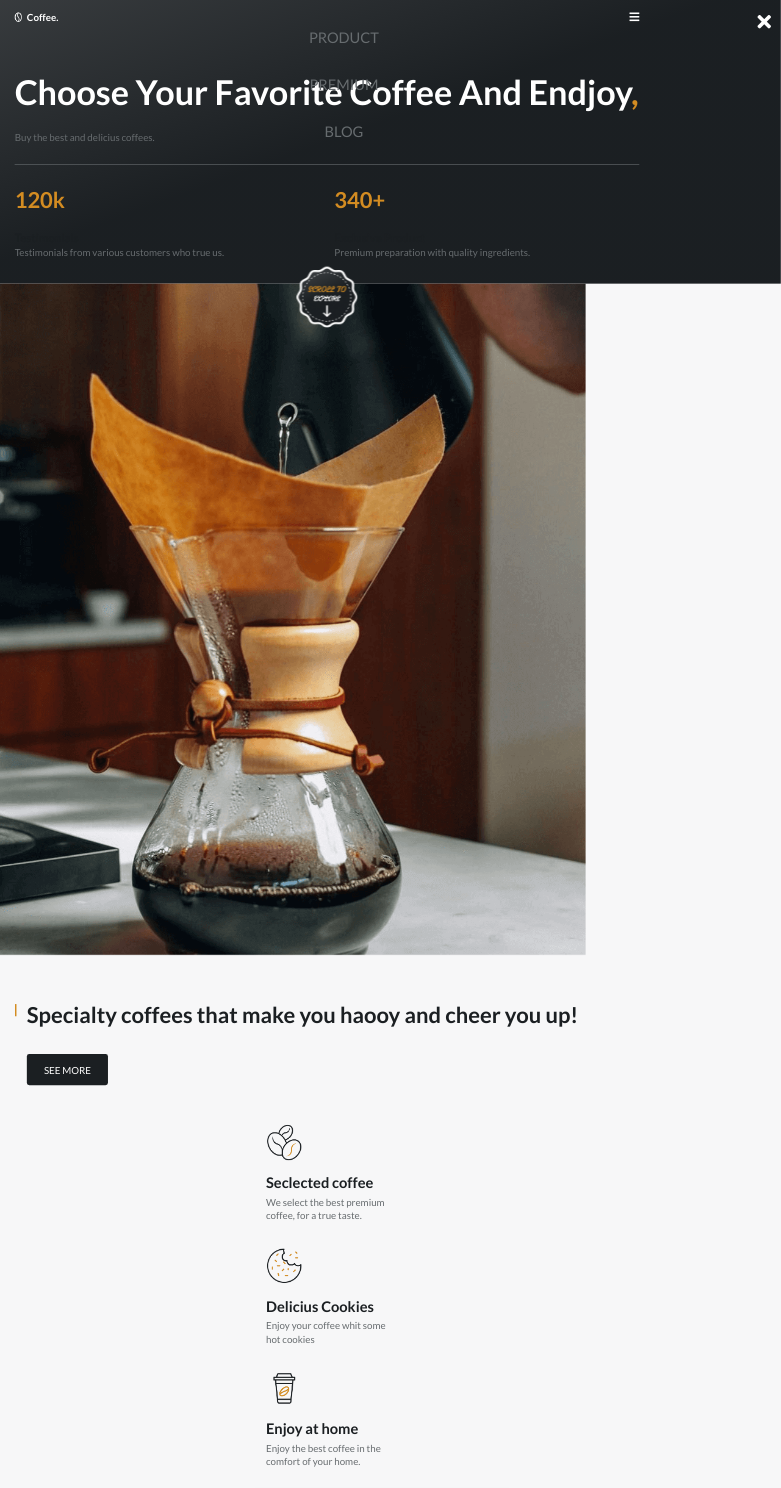
Repository: Nguyenductuan-dev/Website-coffee
Page: index.html
An editor plug-in stored every save of this project. The page is shown before and after the next save, followed by the edit.
The browser window is 1280 px wide. The pictures show the whole page, at 61% of full size.

Above is the page before, as saved 2022-04-06 14:50:22.

### index.html
<!DOCTYPE html>
<html lang="en">
<head>
    <meta charset="UTF-8">
    <meta http-equiv="X-UA-Compatible" content="IE=edge">
    <meta name="viewport" content="width=device-width, initial-scale=1.0">
    <link rel="shortcut icon" href="assets/imgs/favicon.png" type="image/x-icon">
    <link rel="stylesheet" href="https://cdnjs.cloudflare.com/ajax/libs/font-awesome/5.15.1/css/all.min.css" />
    <link rel="preconnect" href="https://fonts.googleapis.com">
    <link rel="preconnect" href="https://fonts.gstatic.com" crossorigin>
    <link href="https://fonts.googleapis.com/css2?family=Lato:wght@400;700&family=Montserrat:ital,wght@0,200;0,300;0,400;0,500;0,600;0,700;1,600&display=swap" rel="stylesheet">
    <link rel="stylesheet" href="assets/css/style.css">
    <title>Website coffee</title>
</head>
<body>
    <!-- ============================ HEADER =========================== -->
    <header class="header" id="header">
        <nav class="nav container">
            <a href="/" class="nav__logo">
                <img src="assets/imgs/logo.png" alt="" class="nav__logo-img">
                Coffee.
            </a>

            <div class="nav__menu" id="nav-menu">
                <ul class="nav__list">
                    <li class="nav__item">
                        <a href="#home" class="nav__link">Home</a>
                    </li>
                    <li class="nav__item">
                        <a href="#product" class="nav__link">Product</a>
                    </li>
                    <li class="nav__item">
                        <a href="#premium" class="nav__link">Premium</a>
                    </li>
                    <li class="nav__item">
                        <a href="#blog" class="nav__link">Blog</a>
                    </li>
                </ul>

                <div class="nav__close" id="nav-close">
                    <i class="fas fa-times"></i>
                </div>
            </div>

            <!-- Toggle button -->
            <div class="nav__toggle" id="nav-toggle">
                <i class="fas fa-bars"></i>
            </div>
        </nav>
    </header>

    <!-- ============================ MAIN =============================  -->
    <main>
        <!-- ======================== HOME ============================= -->
        <section class="home grid" id="home">
            <div class="home__container">
                <div class="home__content container">
                    <h1 class="home__title">
                        Choose Your Favorite Coffee And Endjoy<span>,</span>
                    </h1>
                   <p class="home__description">
                       Buy the best and delicius coffees.
                   </p>

                   <div class="home__data">
                       <div class="home__data-group">
                           <h2 class="home__data-number">120k</h2>
                           <h3 class="home-data-title">Testimonials</h3>
                           <p class="home__data-description">
                               Testimonials from various customers who true us.
                           </p>
                       </div>

                       <div class="home__data-group">
                        <h2 class="home__data-number">340+</h2>
                        <h3 class="home-data-title">Exclusive Product</h3>
                        <p class="home__data-description">
                            Premium preparation with quality ingredients.
                        </p>
                    </div>
                   </div>

                   <a href="#specialty">
                       <img src="assets/imgs/scroll.png" alt="" class="home__scroll">
                   </a>
                </div>
            </div>

            <img src="assets/imgs/home.png" alt="" class="home__img">
        </section>

        <!-- ======================== SPECIALTY ============================= -->
        <div class="specialty section container" id="specialty">
            <div class="specialty__container">
                <div class="specialty__box">
                    <h2 class="section__title">
                        Specialty coffees that make you haooy and cheer you up!
                    </h2>

                    <div>
                        <a href="" class="btn specialty__btn">See more</a>
                    </div>
                </div>

                <div class="specialty__category">
                    <div class="speialty__group">
                        <img src="assets/imgs/specialty1.png" alt="" class="specialty__img">
                        <h3 class="specialty__title">Seclected coffee</h3>
                        <p class="specialty__description">
                            We select the best premium coffee, for a true taste.
                        </p>
                    </div>

                    <div class="speialty__group">
                        <img src="assets/imgs/specialty2.png" alt="" class="specialty__img">
                        <h3 class="specialty__title">Delicius Cookies</h3>
                        <p class="specialty__description">
                            Enjoy your coffee whit some hot cookies
                        </p>
                    </div>

                    <div class="speialty__group">
                        <img src="assets/imgs/specialty3.png" alt="" class="specialty__img">
                        <h3 class="specialty__title">Enjoy at home</h3>
                        <p class="specialty__description">
                            Enjoy the best coffee in the comfort of your home.
                        </p>
                    </div>
                </div>
            </div>
        </div>
    </main>



    <script src="assets/js/main.js"></script>
</body>
</html>

### assets/css/style.css
:root {
    --header-height: 3.5rem;
    /* ===============Color=============== */
    --first-color: hsl(36, 72%, 48%);
    --first-color-alt: hsl(36, 72%, 44%);
    --black-color: hsl(206, 12%, 12%);
    --card-color: hsl(0, 0%, 90%);
    --tittle-color: hsl(206, 12%, 12%);
    --text-color: hsl(206, 4%, 42%);
    --tittle-color-light: hsl(206, 4%, 75%);
    --body-color: hsl(206, 4%, 97%);
    --container-color: #fff;

    /* ==============Font=============== */
    --body-font: 'Lato', sans-serif;
    --biggest-font-size: 2.25rem;
    --h1-font-size: 1.5rem;
    --h2-font-size: 1.25rem;
    --h3-font-size: 1rem;
    --normal-font-size: .938rem;
    --small-font-size: .813rem;
    --smaller-font-size: .75rem;

    /* ==============Font weidth========= */
    --font-bold: 700;

    /* ==============Z-index============= */
    --z-tooltip: 10;
    --z-fixed: 100;
}

@media screen and (min-width: 968px){
    :root {
        --biggest-font-size: 3.5rem;
        --h1-font-size: 2.25rem;
        --h2-font-size: 1.5rem;
        --h3-font-size: 1.25rem;
        --normal-font-size: 1rem;
        --small-font-size: .875rem;
        --smaller-font-size: .813rem;
    }
}

/* =================BASE================== */
* {
    padding: 0;
    margin: 0;
    box-sizing: border-box;
}

html {
    scroll-behavior: smooth;
}

body {
    font-family: var(--body-font);
    font-size: var(--normal-font-size);
    background-color: var(--body-color);
    color: var(--text-color);
}

h1,h2,h3 {
    color: var(--tittle-color);
    font-weight: var(--font-bold);
}

h1,h2,h3,p {
    line-height: 140%;
}

ul {
    list-style: none;

}
a {
    text-decoration: none;
}
img {
    max-width: 100%;
    height: auto;
}
button {
    border: none;
    outline: none;
    cursor: pointer;
}

.container {
    max-width: 1024px;
    margin-left: 1.5rem;
    margin-right: 1.5rem;
}
.grid {
    display: grid;
    gap: 1.5rem;
}
.section {
    padding: 4.5rem 0 2rem;
}
.section__title {
    position: relative;
    font-size: var(--h1-font-size);
    padding-left: 1.25rem;
    margin-bottom: 2.5rem;
}
.section__title::before {
    content: '';
    position: absolute;
    top: 8px;
    left: 0;
    width: 3px;
    height: 20px;
    background-color: var(--first-color);
}
/* ====================== HEADER & NAV ====================*/
.header {
    width: 100%;
    background: transparent;
    position: fixed;
    top: 0;
    left: 0;
    z-index: var(--z-fixed);
}
.nav {
    height: var(--header-height);
    display: flex;
    justify-content: space-between;
    align-items: center;
}
.nav__logo,
.nav__toggle {
    color: #fff;
}
.nav__logo {
    display: flex;
    align-items: center;
    column-gap: .5rem;
    font-weight: var(--font-bold);
}
.nav__logo-img {
    width: .75rem;
}
.nav__toggle {
    display: inline-flex;
    font-size: 1.15rem;
    cursor: pointer;
}

@media screen and (max-width: 767px) {
    .nav__menu {
        position: fixed;
        background-color: var(--black-color);
        top: 0;
        right: -100%;
        width: 100%;
        height: 100%;
        transition: .3s;
    }
}

.nav__list {
    display: flex;
    flex-direction: column;
    text-align: center;
    row-gap: 3rem;
    padding-top: 9rem;
}
.nav__link {
    text-transform: uppercase;
    color: var(--text-color-light);
    font-size: var(--h2-font-size);
    transition: .3s;
}
.nav__link:hover {
    color: #fff;
}
.nav__close {
    font-size: 2rem;
    color: #fff;
    position: absolute;
    top: 1rem;
    right: 1rem;
    cursor: pointer;
}

/* =========== Show menu ============ */
.show-menu {
    right: 0;

}
/* =========== SCROLL ========== */
.scroll-header {
    background-color: var(--body-color);
    box-shadow: 0 1px 4px hsla(0, 4%, 15%, .1);
}
.scroll-header .nav__logo,
.scroll-header .nav__toggle {
    color: var(--tittle-color);
}
.scroll-header .nav__logo-img {
    mix-blend-mode: difference;
}

/* =========== HOME ============ */
.home {
    gap: 0;
}
.home__container {
    padding: 7rem 0 2.5rem;
    background: linear-gradient(160deg, hsla(206, 5%, 24%, 1) -4%, hsla(206, 12%, 12%, 1) 46%);
}
.home__content {
    position: relative;
}
.home__title,
.home__data-title {
    color: #fff;
}
.home__title {
    font-size: var(--biggest-font-size);
    margin-bottom: 1.5rem;
}
.home__title span {
    color: var(--first-color);
}
.home__description {
    margin-bottom: 2rem;
}
.home__data {
    border-top: 1px solid var(--text-color);
    padding-top: 2rem;
    display: grid;
    grid-template-columns: repeat(2, 1fr);
    column-gap: 1.5rem;
}
.home__data-number {
    color: var(--first-color);
    font-size: var(--h1-font-size);
    margin-bottom: 1.5rem;
}
.home__data-title {
    font-size: var(--h3-font-size);
    margin-bottom: .5rem;
}
.home__scroll {
    position: absolute;
    width: 100px;
    bottom: -7rem;
    left: 0;
    right: 0;
    margin: 0 auto;
    animation: scroll 3s infinite;
}

@keyframes scroll {
    0% {
        transform: translateY(0);
    }
    50% {
        transform: translateY(-.5rem);
    }
    100% {
        transform: translateY(0);
    }
}

/* =========== Btn ============ */
.btn {
    display: inline-block;
    background-color: var(--black-color);
    color: #fff;
    padding: 1rem 1.75rem;
    border-radius: .25rem;
    font-size: var(--normal-font-size);
    text-transform: uppercase;
}

/* =========== SPECIALTY ============ */
.specialty__btn {
    margin-left: 1.25rem;
}
.specialty__category {
    margin-top: 4rem;
    display: grid;
    grid-template-columns: 200px;
    justify-content: center;
    row-gap: 2.5rem;
}
.specialty__img {
    width: 60px;
    margin-bottom: 1rem;
    transition: .4s;
}
.specialty__group {
    text-align: center;

}
.specialty__title {
    font-size: var(--h2-font-size);
    margin-bottom: .25rem;
}
.specialty__group:hover .specialty__img {
    transform: translateY(-.25rem);
}

### assets/js/main.js


/* ===================== SHOW MENU ========================= */
const navMenu = document.getElementById('nav-menu');
const navToggle = document.getElementById('nav-toggle');
const navClose = document.getElementById('nav-close');

/* ==================== MENU SHOW ==========================*/
if(navToggle) {
    navToggle.addEventListener('click', () => {
        navMenu.classList.add('show-menu');
    })
}
/* ==================== MENU HIDEN ==========================*/

if(navClose) {
    navClose.addEventListener('click', () =>{
        navMenu.classList.remove('show-menu');
    })
}
/* ===================== REMOVE MENU MOBILE ========================= */
const navLink = document.querySelectorAll('.nav__link');
function linkAction() {
    const navMenu = document.getElementById('nav-menu');
    navMenu.classList.remove('show-menu');

}
navLink.forEach( n => n.addEventListener('click', linkAction));

/* ===================== SCROLL ========================= */
function scrollheader() {
    const header = document.getElementById('header');
    if(this.scrollY >=50) header.classList.add('scroll-header');
    else header.classList.remove('scroll-header');
}
window.addEventListener('scroll', scrollheader);

After the next save:
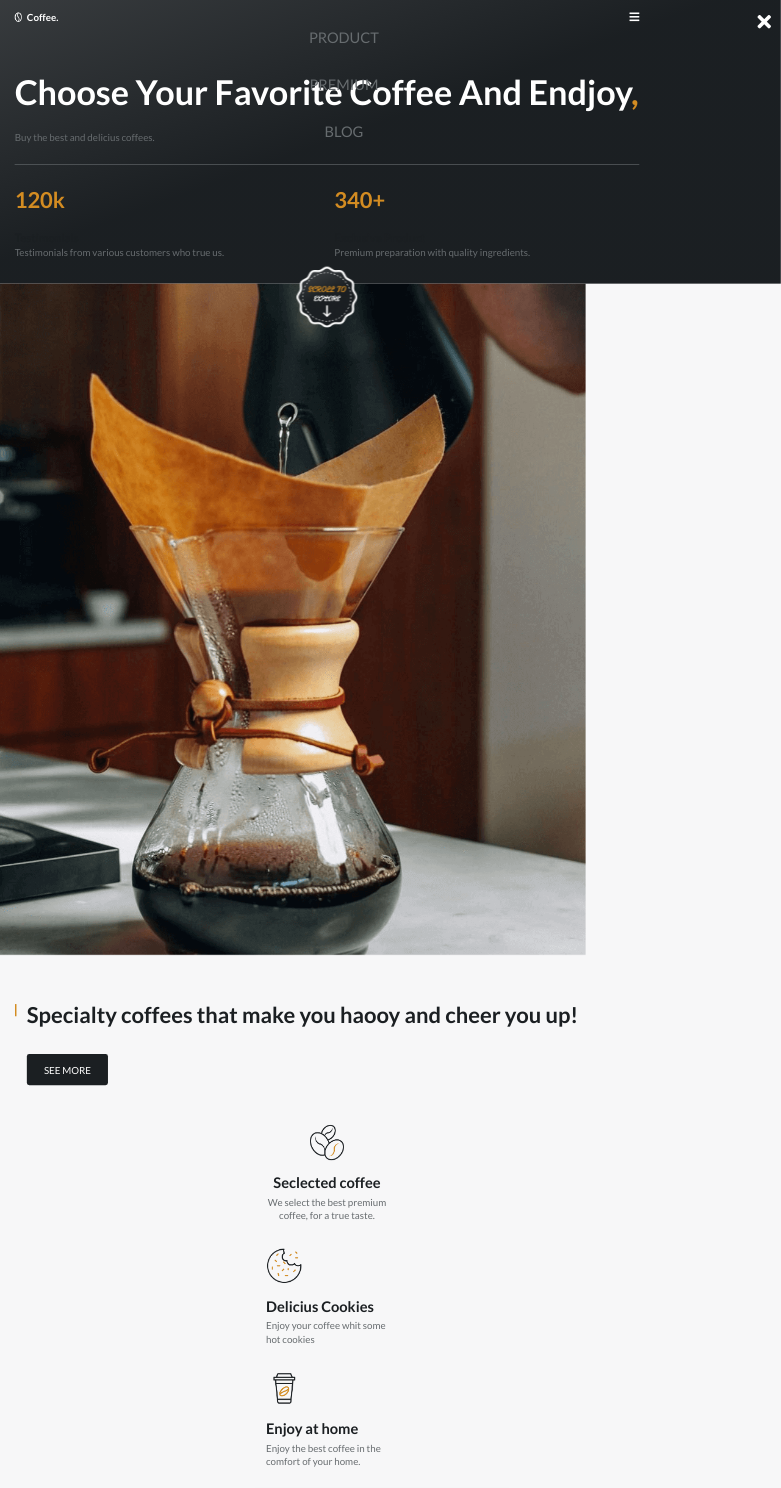
Saved 35 s later.
--- a/index.html
+++ b/index.html
@@ -103,7 +103,7 @@
                 </div>
 
                 <div class="specialty__category">
-                    <div class="speialty__group">
+                    <div class="specialty__group">
                         <img src="assets/imgs/specialty1.png" alt="" class="specialty__img">
                         <h3 class="specialty__title">Seclected coffee</h3>
                         <p class="specialty__description">
